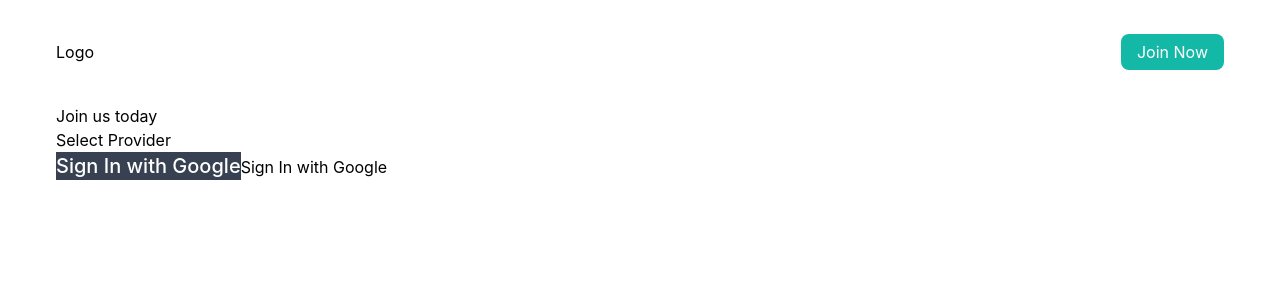
Repository: arafatmollah/auth-app
Page: /auth/login
The author's editor kept a copy of each file at every save. The page is drawn from the files as they stood at one save, then again after a run of saves.
The browser window is 1280 px wide. The pictures show the whole page.
The project was rebuilt for these pictures with package versions that can differ from the ones it lists, and the page was loaded fresh each time. The framework's server and built-in components were replaced by stand-ins that run in the browser. Also part of the build but not shown: next.config.js.

Above is the page before, as saved 2022-10-03 21:04:25.

After the next 6 saves:
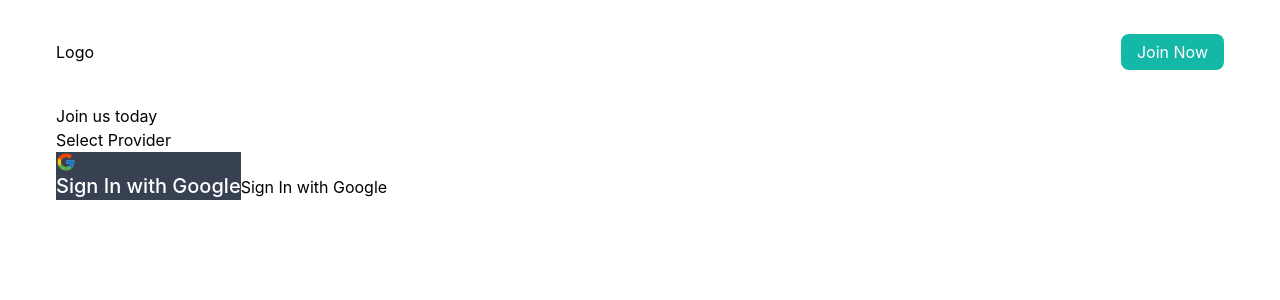
The 6 saves are shown as one change because they came seconds apart.
The last was saved 13 s later.
--- a/pages/auth/login.js
+++ b/pages/auth/login.js
@@ -8,7 +8,9 @@ export default function () {
         <div>
             <p>Select Provider</p>
             <div>
-                <button className='bg-gray-700 text-white text-xl font-medium'>Sign In with Google</button>
+                <button className='bg-gray-700 text-white text-xl font-medium'>
+                    <FcGoogle></FcGoogle>
+                    Sign In with Google</button>
                 <button>Sign In with Google</button>
             </div>
         </div>
